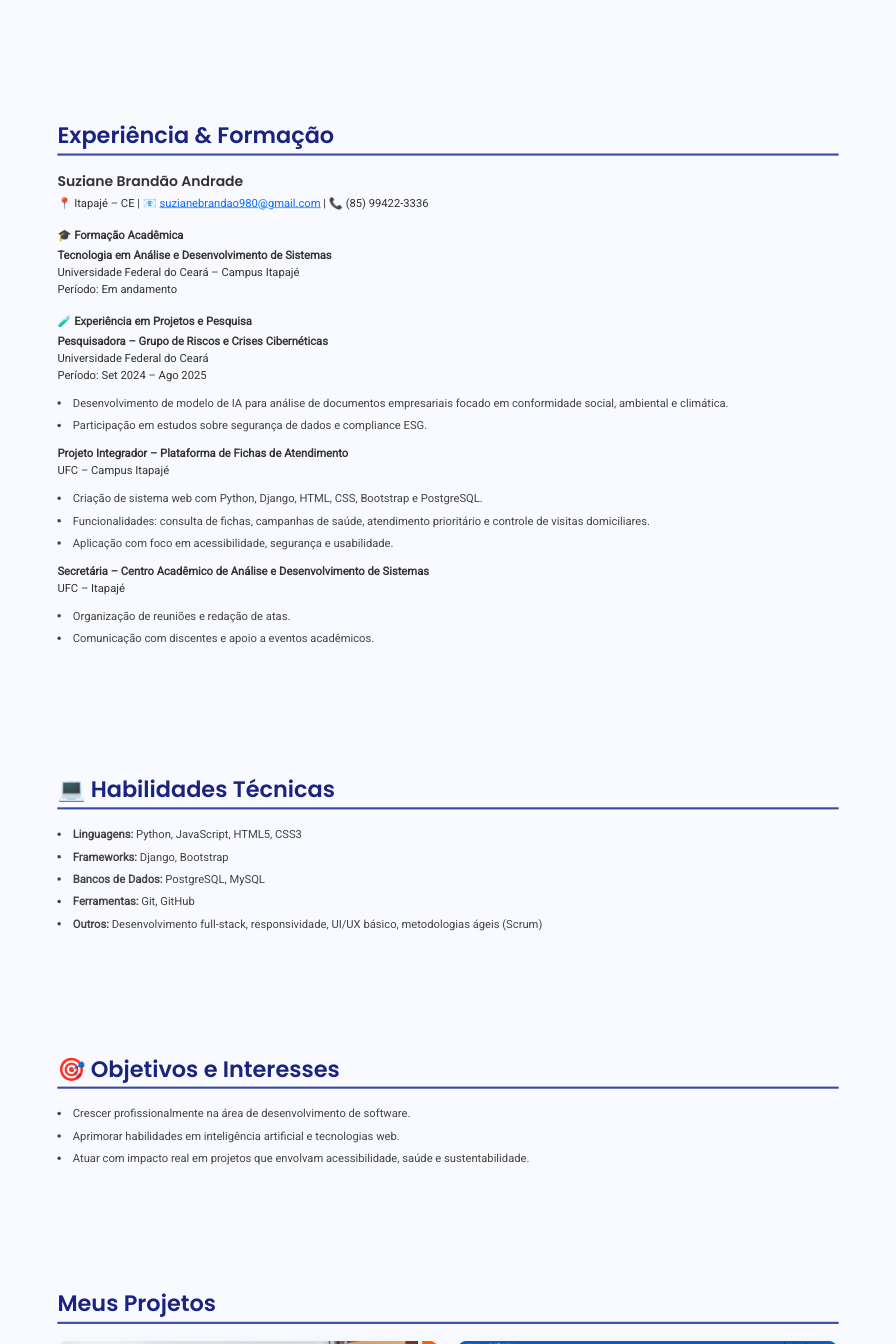
Repository: Suziane90/Portifolio
Page: index2.html
These files come from the project's save history. The page is drawn as it stood at one moment and after the next save; the edit follows.
The browser window is 1280 px wide. The pictures show the part of the page from y = 495 to 2415 px (the page is 3303 px tall before and 2686 px after), at 70% of full size.

Above is the page before, as saved 2025-07-24 11:02:15.

### index2.html
<!DOCTYPE html>
<html lang="pt-br">

<head>
  <meta charset="UTF-8" />
  <meta name="viewport" content="width=device-width, initial-scale=1" />
  <title>Portfólio | Anne Wan</title>

  <!-- Bootstrap CSS -->
  <link href="https://cdn.jsdelivr.net/npm/bootstrap@5.3.0/dist/css/bootstrap.min.css" rel="stylesheet" />

  <!-- Google Fonts: Poppins e Roboto -->
  <link href="https://fonts.googleapis.com/css2?family=Poppins:wght@300;600&family=Roboto&display=swap" rel="stylesheet" />

  <style>
    /* Reset e fontes */
    body {
      font-family: 'Roboto', sans-serif;
      background: #f9faff;
      scroll-behavior: smooth;
      color: #333;
    }

    h1,
    h2,
    h3,
    h4,
    h5 {
      font-family: 'Poppins', sans-serif;
    }

    /* Navbar personalizada */
    .navbar-custom {
      background: #1a237e; /* azul escuro */
      box-shadow: 0 4px 12px rgb(26 35 126 / 0.3);
    }

    .navbar-custom .navbar-brand,
    .navbar-custom .nav-link {
      color: #ffffff;
      font-weight: 600;
    }

    .navbar-custom .nav-link:hover {
      color: #ffca28; /* amarelo suave */
    }

    /* Header */
    header {
      background: linear-gradient(135deg, #3949ab, #1a237e);
      color: #fff;
      padding: 6rem 1rem 4rem;
      text-align: center;
      box-shadow: 0 8px 25px rgb(26 35 126 / 0.4);
    }

    header h1 {
      font-size: 3.5rem;
      font-weight: 700;
      margin-bottom: 0.3rem;
    }

    header p {
      font-size: 1.25rem;
      font-weight: 400;
      letter-spacing: 1px;
      opacity: 0.85;
    }

    /* Seções */
    section {
      padding: 3rem 0 4rem;
    }

    section h2 {
      font-weight: 700;
      margin-bottom: 1.5rem;
      border-bottom: 3px solid #3949ab;
      padding-bottom: 0.4rem;
      color: #1a237e;
    }

    /* Cards dos projetos */
    .card {
      border-radius: 1rem;
      box-shadow: 0 6px 15px rgb(0 0 0 / 0.1);
      transition: transform 0.3s ease, box-shadow 0.3s ease;
      overflow: hidden;
    }

    .card:hover {
      transform: translateY(-10px);
      box-shadow: 0 15px 30px rgb(0 0 0 / 0.15);
    }

    .card-body h5 {
      font-weight: 700;
      color: #1a237e;
    }

    .card-body p {
      color: #555;
      line-height: 1.4;
    }

    .btn-primary {
      background-color: #3949ab;
      border: none;
      font-weight: 600;
      padding: 0.5rem 1.6rem;
      border-radius: 50px;
      transition: background-color 0.3s ease;
    }

    .btn-primary:hover {
      background-color: #1a237e;
    }

    /* Carousel */
    .carousel-inner img {
      border-bottom-left-radius: 1rem;
      border-bottom-right-radius: 1rem;
      height: 250px;
      object-fit: cover;
      user-select: none;
    }

    /* Listas e textos */
    ul {
      list-style: disc inside;
      padding-left: 0;
      color: #444;
    }

    ul li {
      margin-bottom: 0.5rem;
      font-size: 1rem;
    }

    /* Footer */
    footer {
      background-color: #1a237e;
      color: #eee;
      padding: 1rem 0;
      text-align: center;
      font-size: 0.9rem;
      letter-spacing: 1px;
    }

    /* Espaçamento entre seções no mobile */
    @media (max-width: 767px) {
      header h1 {
        font-size: 2.5rem;
      }

      header p {
        font-size: 1rem;
      }

      .carousel-inner img {
        height: 200px;
      }
    }
  </style>
</head>

<body>

  <!-- Navbar -->
  <nav class="navbar navbar-expand-md navbar-custom fixed-top shadow-sm">
    <div class="container">
      <a class="navbar-brand" href="#">Anne Wan</a>
      <button class="navbar-toggler" type="button" data-bs-toggle="collapse" data-bs-target="#navMenu" aria-controls="navMenu"
        aria-expanded="false" aria-label="Alternar navegação">
        <span class="navbar-toggler-icon" style="filter: invert(1);"></span>
      </button>
      <div class="collapse navbar-collapse" id="navMenu">
        <ul class="navbar-nav ms-auto gap-3">
          <li class="nav-item"><a class="nav-link" href="#sobre">Sobre</a></li>
          <li class="nav-item"><a class="nav-link" href="#experiencia">Experiência</a></li>
          <li class="nav-item"><a class="nav-link" href="#habilidades">Habilidades</a></li>
          <li class="nav-item"><a class="nav-link" href="#objetivos">Objetivos</a></li>
          <li class="nav-item"><a class="nav-link" href="#projetos">Projetos</a></li>
          <li class="nav-item"><a class="nav-link" href="#contato">Contato</a></li>
        </ul>
      </div>
    </div>
  </nav>

  <!-- Header -->
  <header>
    <div class="container">
      <h1>Anne Wan</h1>
      <p>Desenvolvedora Web | Estudante de ADS</p>
    </div>
  </header>

  <main class="container my-5">

    <!-- Sobre Mim -->
    <section id="sobre" class="mb-5">
      <h2>Sobre Mim</h2>
      <p>
        Sou estudante de Análise e Desenvolvimento de Sistemas, dedicada e sempre em busca de aprimoramento contínuo. Tenho uma forte base em desenvolvimento web full-stack, e gosto de encarar desafios com seriedade e criatividade.
      </p>
    </section>

    <!-- Experiência & Formação -->
    <section id="experiencia" class="mb-5">
      <h2>Experiência & Formação</h2>

      <div class="mb-4">
        <h5><strong>Suziane Brandão Andrade</strong></h5>
        <p>📍 Itapajé – CE | 📧 <a href="mailto:suzianebrandao980@gmail.com" class="link-primary">suzianebrandao980@gmail.com</a> | 📞 (85) 99422-3336</p>
      </div>

      <div class="mb-4">
        <h6><strong>🎓 Formação Acadêmica</strong></h6>
        <p><strong>Tecnologia em Análise e Desenvolvimento de Sistemas</strong><br />
          Universidade Federal do Ceará – Campus Itapajé<br />
          Período: Em andamento
        </p>
      </div>

      <div class="mb-4">
        <h6><strong>🧪 Experiência em Projetos e Pesquisa</strong></h6>
        <p><strong>Pesquisadora – Grupo de Riscos e Crises Cibernéticas</strong><br />
          Universidade Federal do Ceará<br />
          Período: Set 2024 – Ago 2025</p>
        <ul>
          <li>Desenvolvimento de modelo de IA para análise de documentos empresariais focado em conformidade social, ambiental e climática.</li>
          <li>Participação em estudos sobre segurança de dados e compliance ESG.</li>
        </ul>

        <p><strong>Projeto Integrador – Plataforma de Fichas de Atendimento</strong><br />
          UFC – Campus Itapajé</p>
        <ul>
          <li>Criação de sistema web com Python, Django, HTML, CSS, Bootstrap e PostgreSQL.</li>
          <li>Funcionalidades: consulta de fichas, campanhas de saúde, atendimento prioritário e controle de visitas domiciliares.</li>
          <li>Aplicação com foco em acessibilidade, segurança e usabilidade.</li>
        </ul>

        <p><strong>Secretária – Centro Acadêmico de Análise e Desenvolvimento de Sistemas</strong><br />
          UFC – Itapajé</p>
        <ul>
          <li>Organização de reuniões e redação de atas.</li>
          <li>Comunicação com discentes e apoio a eventos acadêmicos.</li>
        </ul>
      </div>
    </section>

    <!-- Habilidades Técnicas -->
    <section id="habilidades" class="mb-5">
      <h2>💻 Habilidades Técnicas</h2>
      <ul>
        <li><strong>Linguagens:</strong> Python, JavaScript, HTML5, CSS3</li>
        <li><strong>Frameworks:</strong> Django, Bootstrap</li>
        <li><strong>Bancos de Dados:</strong> PostgreSQL, MySQL</li>
        <li><strong>Ferramentas:</strong> Git, GitHub</li>
        <li><strong>Outros:</strong> Desenvolvimento full-stack, responsividade, UI/UX básico, metodologias ágeis (Scrum)</li>
      </ul>
    </section>

    <!-- Objetivos e Interesses -->
    <section id="objetivos" class="mb-5">
      <h2>🎯 Objetivos e Interesses</h2>
      <ul>
        <li>Crescer profissionalmente na área de desenvolvimento de software.</li>
        <li>Aprimorar habilidades em inteligência artificial e tecnologias web.</li>
        <li>Atuar com impacto real em projetos que envolvam acessibilidade, saúde e sustentabilidade.</li>
      </ul>
    </section>

    <!-- Projetos -->
    <section id="projetos" class="mb-5">
      <h2>Meus Projetos</h2>

      <div class="row gy-4">

        <!-- Projeto InovaHabitat -->
        <div class="col-md-6">
          <div class="card h-100 border-0">
            <div id="carouselInova" class="carousel slide rounded-top" data-bs-ride="carousel">
              <div class="carousel-inner">
                <div class="carousel-item active">
                  <img src="assets/Inova3.png" class="d-block w-100" alt="InovaHabitat imagem 1" />
                </div>
                <div class="carousel-item">
                  <img src="assets/inova2.png" class="d-block w-100" alt="InovaHabitat imagem 2" />
                </div>
                <div class="carousel-item">
                  <img src="assets/Inova6.png" class="d-block w-100" alt="InovaHabitat imagem 3" />
                </div>
              </div>
              <button
                class="carousel-control-prev"
                type="button"
                data-bs-target="#carouselInova"
                data-bs-slide="prev"
              >
                <span class="carousel-control-prev-icon" aria-hidden="true"></span>
                <span class="visually-hidden">Anterior</span>
              </button>
              <button
                class="carousel-control-next"
                type="button"
                data-bs-target="#carouselInova"
                data-bs-slide="next"
              >
                <span class="carousel-control-next-icon" aria-hidden="true"></span>
                <span class="visually-hidden">Próximo</span>
              </button>
            </div>
            <div class="card-body">
              <h5 class="card-title">📦 Projeto InovaHabitat</h5>
              <p class="card-text">
                Plataforma de anúncios para universitários. Funcionalidades de login, cadastro, CRUD de produtos e mais.
              </p>
              <a href="https://github.com/seuusuario/inova-habitat" target="_blank" class="btn btn-primary"
                >Ver no GitHub</a
              >
            </div>
          </div>
        </div>

        <!-- Projeto AgendMed -->
        <div class="col-md-6">
          <div class="card h-100 border-0">
            <div id="carouselAgendMed" class="carousel slide rounded-top" data-bs-ride="carousel">
              <div class="carousel-inner">
                <div class="carousel-item active">
                  <img src="assets/Agend2.png" class="d-block w-100" alt="AgendMed imagem 1" />
                </div>
                <div class="carousel-item">
                  <img src="assets/Agend3.png" class="d-block w-100" alt="AgendMed imagem 2" />
                </div>
                <div class="carousel-item">
                  <img src="assets/Agend4.png" class="d-block w-100" alt="AgendMed imagem 3" />
                </div>
              </div>
              <button
                class="carousel-control-prev"
                type="button"
                data-bs-target="#carouselAgendMed"
                data-bs-slide="prev"
              >
                <span class="carousel-control-prev-icon" aria-hidden="true"></span>
                <span class="visually-hidden">Anterior</span>
              </button>
              <button
                class="carousel-control-next"
                type="button"
                data-bs-target="#carouselAgendMed"
                data-bs-slide="next"
              >
                <span class="carousel-control-next-icon" aria-hidden="true"></span>
                <span class="visually-hidden">Próximo</span>
              </button>
            </div>
            <div class="card-body">
              <h5 class="card-title">📅 AgendMed</h5>
              <p class="card-text">
                Sistema para agendamento médico online, com controle de pacientes, consultas e notificações.
              </p>
              <a href="https://github.com/seuusuario/agendmed" target="_blank" class="btn btn-primary"
                >Ver no GitHub</a
              >
            </div>
          </div>
        </div>

      </div>
    </section>

    <!-- Contato -->
    <section id="contato" class="mb-5">
      <h2>Contato</h2>
      <p>Email: <a href="mailto:annewan@email.com" class="link-primary">annewan@email.com</a></p>
      <p>
        <a href="https://github.com/seuusuario" target="_blank" class="me-3 link-primary">GitHub</a>
        <a href="https://linkedin.com/in/seulinkedin" target="_blank" class="link-primary">LinkedIn</a>
      </p>
    </section>

  </main>

  <footer>
    <small>© 2025 Anne Wan</small>
  </footer>

  <!-- Bootstrap JS Bundle -->
  <script src="https://cdn.jsdelivr.net/npm/bootstrap@5.3.0/dist/js/bootstrap.bundle.min.js"></script>

</body>

</html>

After the next save:
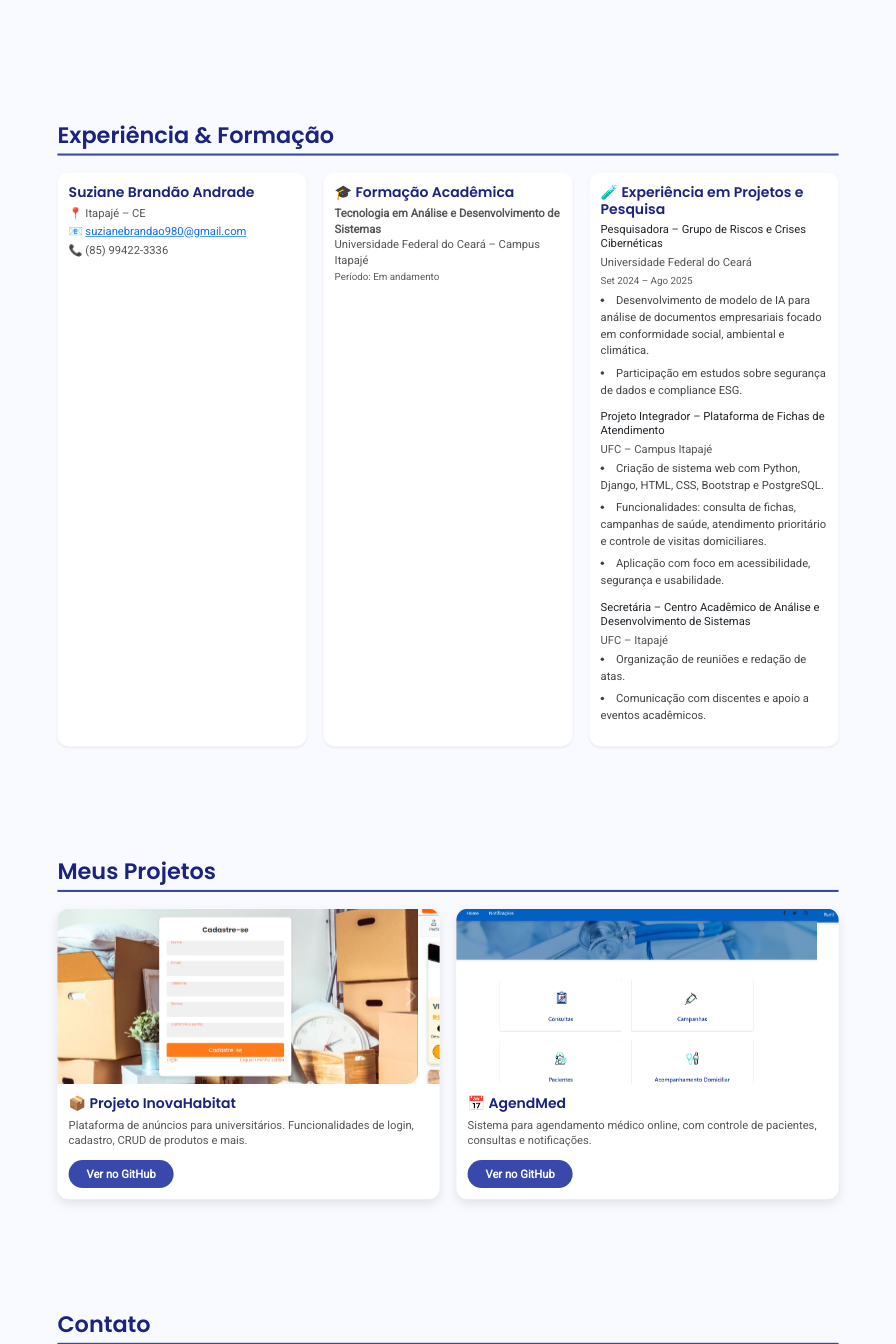
Saved 102 s later.
--- a/index2.html
+++ b/index2.html
@@ -207,69 +207,69 @@
 
     <!-- Experiência & Formação -->
     <section id="experiencia" class="mb-5">
-      <h2>Experiência & Formação</h2>
-
-      <div class="mb-4">
-        <h5><strong>Suziane Brandão Andrade</strong></h5>
-        <p>📍 Itapajé – CE | 📧 <a href="mailto:suzianebrandao980@gmail.com" class="link-primary">suzianebrandao980@gmail.com</a> | 📞 (85) 99422-3336</p>
-      </div>
-
-      <div class="mb-4">
-        <h6><strong>🎓 Formação Acadêmica</strong></h6>
-        <p><strong>Tecnologia em Análise e Desenvolvimento de Sistemas</strong><br />
-          Universidade Federal do Ceará – Campus Itapajé<br />
-          Período: Em andamento
-        </p>
-      </div>
-
-      <div class="mb-4">
-        <h6><strong>🧪 Experiência em Projetos e Pesquisa</strong></h6>
-        <p><strong>Pesquisadora – Grupo de Riscos e Crises Cibernéticas</strong><br />
-          Universidade Federal do Ceará<br />
-          Período: Set 2024 – Ago 2025</p>
-        <ul>
-          <li>Desenvolvimento de modelo de IA para análise de documentos empresariais focado em conformidade social, ambiental e climática.</li>
-          <li>Participação em estudos sobre segurança de dados e compliance ESG.</li>
-        </ul>
-
-        <p><strong>Projeto Integrador – Plataforma de Fichas de Atendimento</strong><br />
-          UFC – Campus Itapajé</p>
-        <ul>
-          <li>Criação de sistema web com Python, Django, HTML, CSS, Bootstrap e PostgreSQL.</li>
-          <li>Funcionalidades: consulta de fichas, campanhas de saúde, atendimento prioritário e controle de visitas domiciliares.</li>
-          <li>Aplicação com foco em acessibilidade, segurança e usabilidade.</li>
-        </ul>
-
-        <p><strong>Secretária – Centro Acadêmico de Análise e Desenvolvimento de Sistemas</strong><br />
-          UFC – Itapajé</p>
-        <ul>
-          <li>Organização de reuniões e redação de atas.</li>
-          <li>Comunicação com discentes e apoio a eventos acadêmicos.</li>
-        </ul>
-      </div>
-    </section>
-
-    <!-- Habilidades Técnicas -->
-    <section id="habilidades" class="mb-5">
-      <h2>💻 Habilidades Técnicas</h2>
-      <ul>
-        <li><strong>Linguagens:</strong> Python, JavaScript, HTML5, CSS3</li>
-        <li><strong>Frameworks:</strong> Django, Bootstrap</li>
-        <li><strong>Bancos de Dados:</strong> PostgreSQL, MySQL</li>
-        <li><strong>Ferramentas:</strong> Git, GitHub</li>
-        <li><strong>Outros:</strong> Desenvolvimento full-stack, responsividade, UI/UX básico, metodologias ágeis (Scrum)</li>
-      </ul>
-    </section>
-
-    <!-- Objetivos e Interesses -->
-    <section id="objetivos" class="mb-5">
-      <h2>🎯 Objetivos e Interesses</h2>
-      <ul>
-        <li>Crescer profissionalmente na área de desenvolvimento de software.</li>
-        <li>Aprimorar habilidades em inteligência artificial e tecnologias web.</li>
-        <li>Atuar com impacto real em projetos que envolvam acessibilidade, saúde e sustentabilidade.</li>
-      </ul>
-    </section>
+  <h2>Experiência & Formação</h2>
+
+  <div class="row gy-4">
+
+    <!-- Contato pessoal -->
+    <div class="col-md-4">
+      <div class="card shadow-sm h-100 border-0">
+        <div class="card-body">
+          <h5 class="card-title fw-bold">Suziane Brandão Andrade</h5>
+          <p class="card-text mb-1">📍 Itapajé – CE</p>
+          <p class="card-text mb-1">📧 <a href="mailto:suzianebrandao980@gmail.com" class="link-primary">suzianebrandao980@gmail.com</a></p>
+          <p class="card-text">📞 (85) 99422-3336</p>
+        </div>
+      </div>
+    </div>
+
+    <!-- Formação Acadêmica -->
+    <div class="col-md-4">
+      <div class="card shadow-sm h-100 border-0">
+        <div class="card-body">
+          <h5 class="card-title fw-bold">🎓 Formação Acadêmica</h5>
+          <p class="card-text mb-0"><strong>Tecnologia em Análise e Desenvolvimento de Sistemas</strong></p>
+          <p class="card-text mb-0">Universidade Federal do Ceará – Campus Itapajé</p>
+          <p class="card-text"><small class="text-muted">Período: Em andamento</small></p>
+        </div>
+      </div>
+    </div>
+
+    <!-- Experiência -->
+    <div class="col-md-4">
+      <div class="card shadow-sm h-100 border-0">
+        <div class="card-body">
+          <h5 class="card-title fw-bold">🧪 Experiência em Projetos e Pesquisa</h5>
+
+          <h6 class="mt-2">Pesquisadora – Grupo de Riscos e Crises Cibernéticas</h6>
+          <p class="mb-1">Universidade Federal do Ceará</p>
+          <p class="mb-1"><small class="text-muted">Set 2024 – Ago 2025</small></p>
+          <ul>
+            <li>Desenvolvimento de modelo de IA para análise de documentos empresariais focado em conformidade social, ambiental e climática.</li>
+            <li>Participação em estudos sobre segurança de dados e compliance ESG.</li>
+          </ul>
+
+          <h6 class="mt-3">Projeto Integrador – Plataforma de Fichas de Atendimento</h6>
+          <p class="mb-1">UFC – Campus Itapajé</p>
+          <ul>
+            <li>Criação de sistema web com Python, Django, HTML, CSS, Bootstrap e PostgreSQL.</li>
+            <li>Funcionalidades: consulta de fichas, campanhas de saúde, atendimento prioritário e controle de visitas domiciliares.</li>
+            <li>Aplicação com foco em acessibilidade, segurança e usabilidade.</li>
+          </ul>
+
+          <h6 class="mt-3">Secretária – Centro Acadêmico de Análise e Desenvolvimento de Sistemas</h6>
+          <p class="mb-1">UFC – Itapajé</p>
+          <ul>
+            <li>Organização de reuniões e redação de atas.</li>
+            <li>Comunicação com discentes e apoio a eventos acadêmicos.</li>
+          </ul>
+        </div>
+      </div>
+    </div>
+
+  </div>
+</section>
+
 
     <!-- Projetos -->
     <section id="projetos" class="mb-5">
